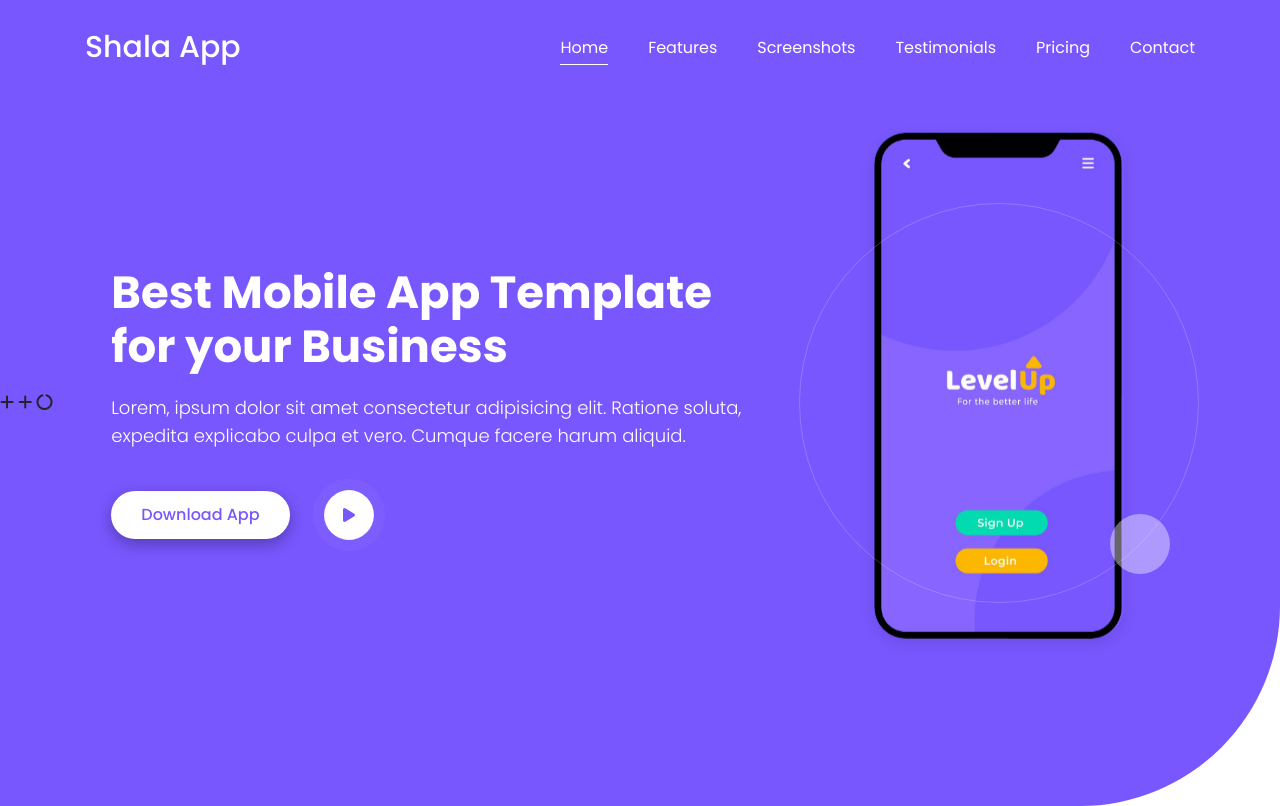
Repository: Mohamed-Hema/Shala-App
Page: index.html
The author's editor kept a copy of each file at every save. The page is drawn from the files as they stood at one save, then again after the next save.
The browser window is 1280 px wide. The pictures show the whole page.
Some web libraries are served in a nearby version.

Above is the page before, as saved 2021-02-13 21:43:35.

After the next save:
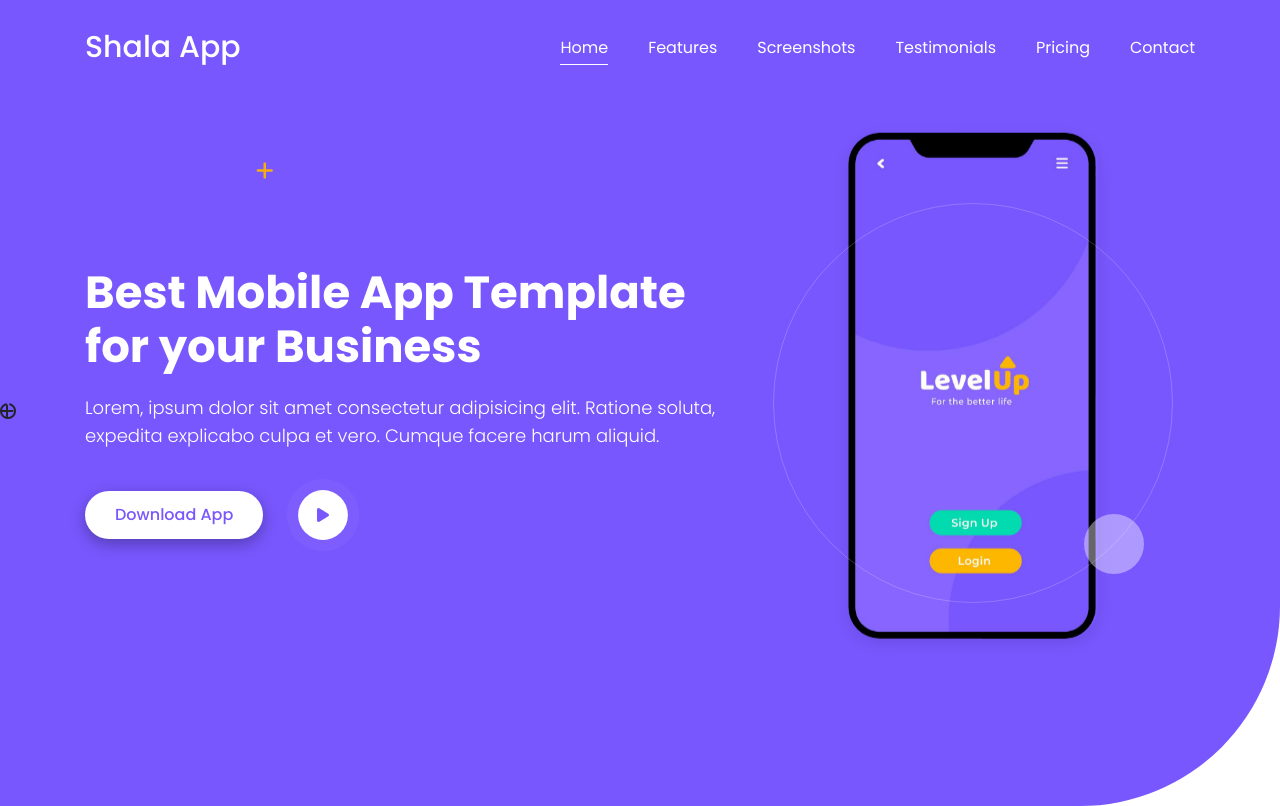
Saved 46 s later.
--- a/css/style.css
+++ b/css/style.css
@@ -87,6 +87,16 @@ ul{
         box-shadow: 0 0 0 0 rgba(255, 255, 255, 0);
     }
 }
+.effect-wrap .effect{
+    position: absolute;
+    z-index: -1;
+}
+.effect-wrap .effect-1{
+    left: 20%;
+    top: 20%;
+    font-size: 20px;
+    color: var(--color-2);
+}
 /* End Global Styles */
 /* Start Navbar */
 .navbar{
